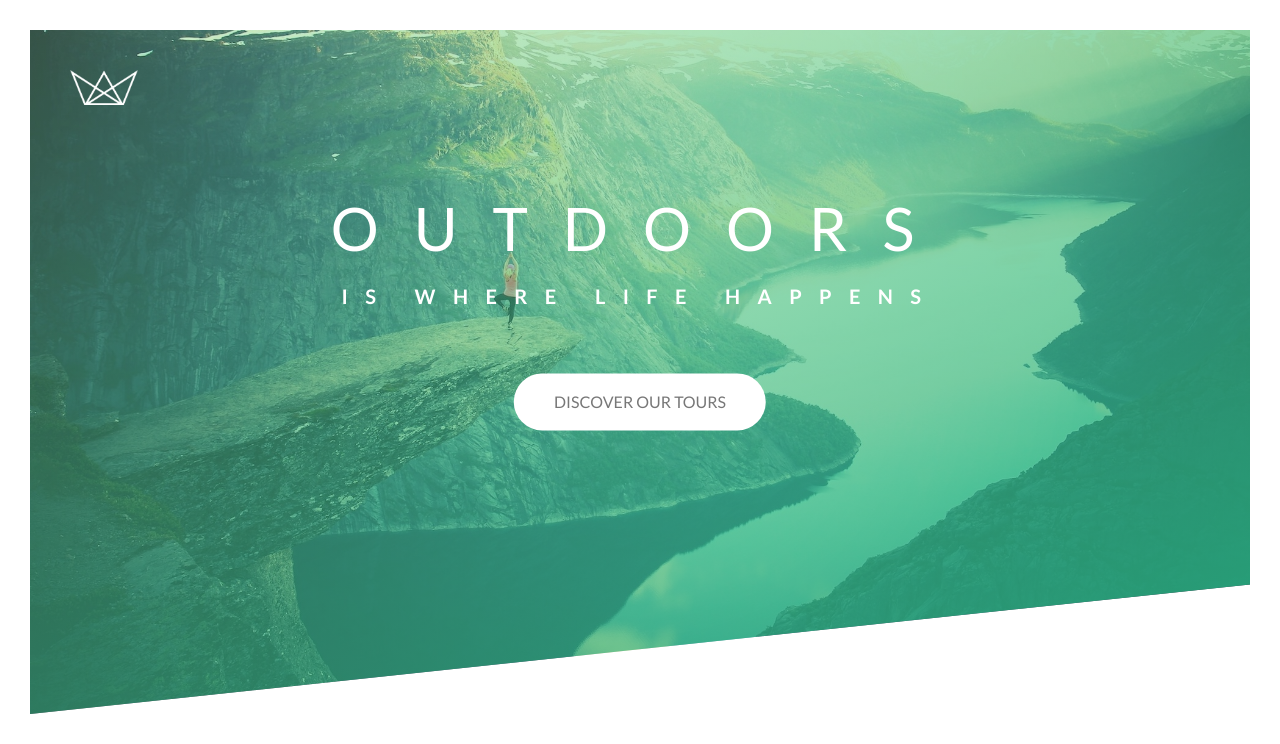
Repository: mukiSabljakovic/NatoursV1
Page: index.html
These files come from the project's save history. The page is drawn as it stood at one moment and after a run of saves; the edit follows.
The browser window is 1280 px wide. The pictures show the whole page.
Some web libraries are served in a nearby version.

Above is the page before, as saved 2020-05-11 16:17:05.

### index.html
<!DOCTYPE html>
<html lang="en">
    <head>
        <meta charset="UTF-8">
        <meta name="viewport" content="width=device-width, initial-scale=1.0">

        <link href="https://fonts.googleapis.com/css?family=Lato:100,300,400,700,900" rel="stylesheet">

        <link rel="stylesheet" href="https://use.fontawesome.com/releases/v5.13.0/css/all.css" integrity="sha384-Bfad6CLCknfcloXFOyFnlgtENryhrpZCe29RTifKEixXQZ38WheV+i/6YWSzkz3V" crossorigin="anonymous">
        <link rel="stylesheet" href="style.css">
        <link rel="stylesheet" href="css/style.css">
        <link rel="shortcut icon" type="image/png" href="img/favicon.png">

        <title>Natours | Exciting tours for adventurous people</title>
    </head>
    <body>
       <header class="header">
           <div class="logo-box">
               <img class="logo" src="img/logo-white.png" alt="Natours Logo">
           </div>

           <div class="text-box">
               <h1 class="heading-primary">
                   <span class="heading-primary-main">Outdoors</span>
                   <span class="heading-primary-sub">is where life happens</span>
               </h1>
               <a href="#" class="btn btn-white">Discover our tours</a>
           </div>

       </header>

    </body>
</html>

### css/style.css
@import url('https://fonts.googleapis.com/css2?family=Lato:wght@300;400;900&display=swap');

/*
COLORS:

Light green: #7ed56f
Medium green: #55c57a
Dark green: #28b485

*/

/* Basic Reset */


* {
    margin: 0;
    padding: 0;
    box-sizing: border-box;
}

body {
    font-family: 'Lato', sans-serif;
    font-weight: 400;
    font-size: 16px;
    line-height: 1.7;
    color: #777;
    padding: 1.875rem;
}

.header {
    height: 95vh;
    background-image: linear-gradient(
        to right bottom,
        rgba(126, 213, 111, .3),
        rgba(40, 180, 133, .9)),
        url(../img/hero.jpg);
    background-size: cover;
    background-position: top;

    clip-path: polygon(0 0, 100% 0, 100% 77vh, 0 100%);
    position: relative;
}

.logo-box {
    position: absolute;
    top: 40px;
    left: 40px;
}

.logo {
    height: 35px;
}

.text-box {
    position: absolute;
    top: 40%;
    left: 50%;
    transform: translate(-50%, -50%);
    text-align: center;
}

.heading-primary {
    color: #fff;
    text-transform: uppercase;

    /* Fix animation shaking */
    backface-visibility: hidden;
    margin-bottom: 60px;
}

.heading-primary-main {
    display: block;
    font-size: 3.75rem;
    font-weight: 400;
    letter-spacing: 2.1875rem;

    animation-name: moveInLeft;
    animation-duration: 1s;
    animation-timing-function: ease-out;
}

.heading-primary-sub {
    display: block;
    font-size: 1.25rem;
    font-weight: 700;
    letter-spacing: 1.0875rem;

    animation: moveInRight 1s ease-out;
}

@keyframes moveInLeft {
    0% {
        opacity: 0;
        transform: translateX(-100%);
    }

    80% {
        transform: translateX(10px);
    }

    100% {
        opacity: 1;
        trannsform: translate(0);
    }
}

@keyframes moveInRight {
    0% {
        opacity: 0;
        transform: translateX(100%);
    }

    80% {
        transform: translateX(-10px);
    }

    100% {
        opacity: 1;
        transform: translate(0);
    }
}

.btn:link,
.btn:visited {
    text-transform: uppercase;
    text-decoration: none;
    padding: 15px 40px;
    display: inline-block;
    border-radius: 100px;
    transition: all .2s;
}

.btn:hover {
    transform: translateY(-3px);
}

.btn:active {
    transform: translateY(-1px);
}

.btn-white {
    background-color: #fff;
    color: #777;
}

After the next 5 saves:
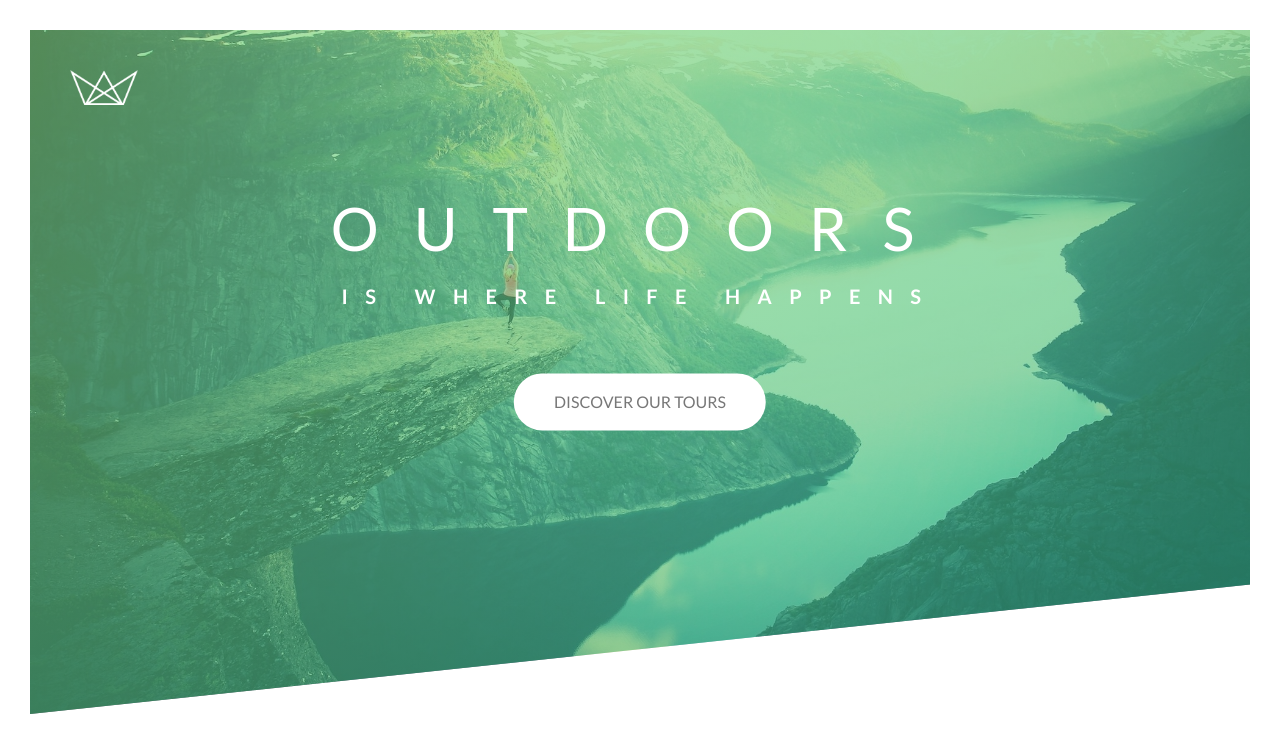
The 5 saves are shown as one change because they came seconds apart.
The last was saved 17 s later.
--- a/css/style.css
+++ b/css/style.css
@@ -31,8 +31,8 @@ body {
     height: 95vh;
     background-image: linear-gradient(
         to right bottom,
-        rgba(126, 213, 111, .3),
-        rgba(40, 180, 133, .9)),
+        rgba(126, 213, 111, .6),
+        rgba(40, 180, 133, .6)),
         url(../img/hero.jpg);
     background-size: cover;
     background-position: top;
